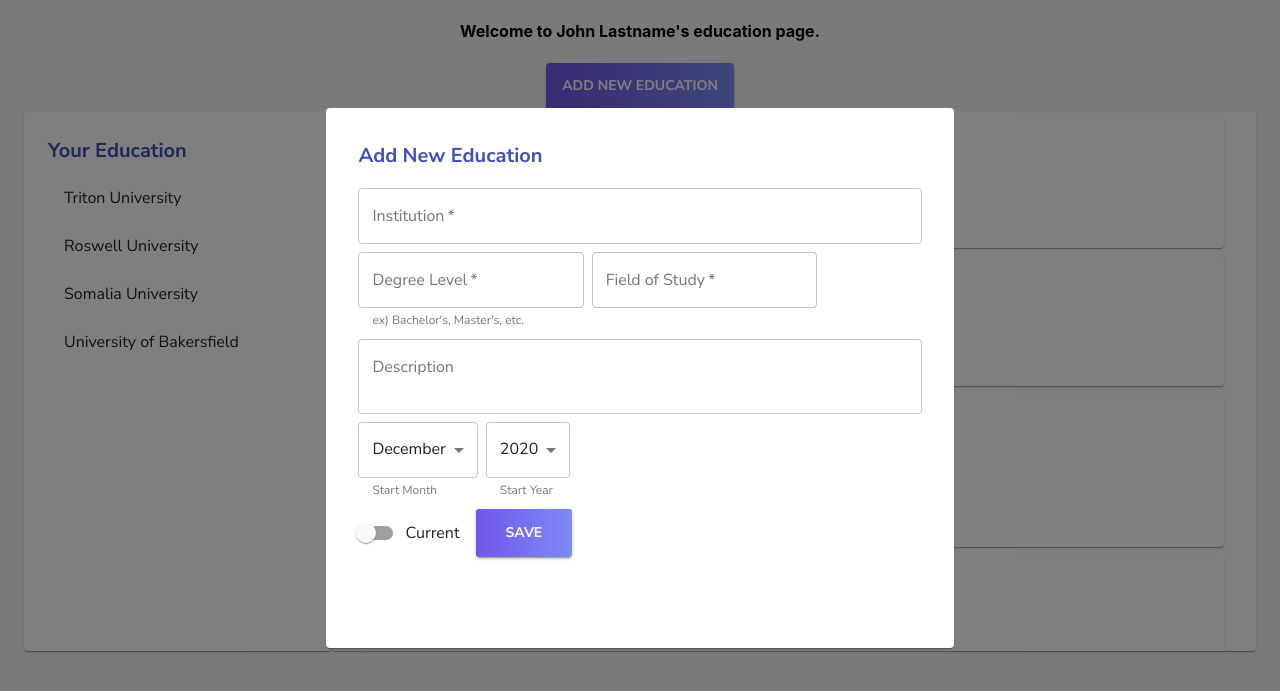
Repository: noellered/Showwcase-React-Challenge
Page: / (app in showwcase-education-react/), after clicking the first element matching `button.MuiButtonBase-root`
An editor plug-in stored every save of this project. The page is shown before and after the next save, followed by the edit.
The browser window is 1280 px wide. The pictures show the whole page.
The page's requests for data from a server got no answer. An inner scrolling area shows only its first screen. The project was rebuilt for these pictures with package versions that can differ from the ones it lists, and the page was loaded fresh each time. No one was signed in, and anything a server would have sent is missing. Also part of the build but not shown: showwcase-education-react/src/components/Home.tsx.

Above is the page before, as saved 2020-12-17 18:00:49.

### showwcase-education-react/public/index.html
<!DOCTYPE html>
<html lang="en">
  <head>
    <meta charset="utf-8" />
    <link rel="icon" href="%PUBLIC_URL%/favicon.ico" />
    <link rel="preconnect" href="https://fonts.gstatic.com">
    <link href="https://fonts.googleapis.com/css2?family=Nunito+Sans:ital,wght@0,400;0,700;1,400&display=swap" rel="stylesheet">


    <meta name="viewport" content="width=device-width, initial-scale=1" />
    <meta name="theme-color" content="#000000" />
    <meta
      name="description"
      content="Web site created using create-react-app"
    />
    <link rel="apple-touch-icon" href="%PUBLIC_URL%/logo192.png" />
    <!--
      manifest.json provides metadata used when your web app is installed on a
      user's mobile device or desktop. See https://developers.google.com/web/fundamentals/web-app-manifest/
    -->
    <link rel="manifest" href="%PUBLIC_URL%/manifest.json" />
    <!--
      Notice the use of %PUBLIC_URL% in the tags above.
      It will be replaced with the URL of the `public` folder during the build.
      Only files inside the `public` folder can be referenced from the HTML.

      Unlike "/favicon.ico" or "favicon.ico", "%PUBLIC_URL%/favicon.ico" will
      work correctly both with client-side routing and a non-root public URL.
      Learn how to configure a non-root public URL by running `npm run build`.
    -->
    <title>React App</title>
  </head>
  <body>
    <noscript>You need to enable JavaScript to run this app.</noscript>
    <div id="root"></div>
    <!--
      This HTML file is a template.
      If you open it directly in the browser, you will see an empty page.

      You can add webfonts, meta tags, or analytics to this file.
      The build step will place the bundled scripts into the <body> tag.

      To begin the development, run `npm start` or `yarn start`.
      To create a production bundle, use `npm run build` or `yarn build`.
    -->
  </body>
</html>

### showwcase-education-react/src/index.css
body {
  margin: 0;
  background: #F5F5F5;
  font-family: -apple-system, BlinkMacSystemFont, 'Segoe UI', 'Roboto', 'Oxygen',
    'Ubuntu', 'Cantarell', 'Fira Sans', 'Droid Sans', 'Helvetica Neue',
    sans-serif;
  -webkit-font-smoothing: antialiased;
  -moz-osx-font-smoothing: grayscale;
}

code {
  font-family: source-code-pro, Menlo, Monaco, Consolas, 'Courier New',
    monospace;
}

### showwcase-education-react/src/App.tsx
import React, {useState} from 'react';
import Home from './components/Home';
import Main from './components/Main';
import { MuiThemeProvider, createMuiTheme } from '@material-ui/core/styles';
import './App.css';

function App() {
  const theme = createMuiTheme({
    typography: {
        fontFamily: [
            'Nunito Sans',
            'sans-serif'
        ].join(','),
        h6: {
          fontWeight: 600
        },
        body1: {
          fontWeight: 400
        },
        subtitle1: {
          fontStyle: 'italic'
        },
        button: {
          fontWeight: 600
        }
    },
  })
  const [name, setName] = useState('John Lastname')

  return (
    <MuiThemeProvider theme={theme}>
      <div className="App">
        { name ? <Main name={name} /> : <Home setName={setName} /> }
      </div>
    </MuiThemeProvider>

  );
}

export default App;

### showwcase-education-react/src/components/Main.tsx
import React, {FunctionComponent, useState} from 'react';
import EducationSidebar from './education/EducationSidebar';
import EducationList from './education/EducationList';
import EducationModalContent from './education/EducationModalContent';
import Modal from '@material-ui/core/Modal';
import Backdrop from '@material-ui/core/Backdrop';
import Fade from '@material-ui/core/Fade';
import Paper from '@material-ui/core/Paper';
import Grid from '@material-ui/core/Grid';
import Container from '@material-ui/core/Container';
import Button from '@material-ui/core/Button';
import { pageStyles } from './pageStyles';

const Main:FunctionComponent<{name: string}> = ({name}) => {
    const classes = pageStyles();
    const [open, setOpen] = useState<boolean>(false);
    const [education, setEducation] = useState<object[]>([
        {
            degree: "MFA.",
            description: "",
            end: {month: 11, year: 2020},
            fieldOfStudy: "Being Cool",
            institution: "Triton University",
            start: {month: 11, year: 2020}
        },
        {
            degree: "M.Sc.",
            description: "",
            end: {month: 11, year: 2020},
            fieldOfStudy: "Biology of Aliens",
            institution: "Roswell University",
            start: {month: 11, year: 2020}
        },
        {
            degree: "B.S.",
            description: "I learned things, and stuff. Then I learned how to be a pirate. Arrrr, matey.",
            end: {month: 11, year: 2020},
            fieldOfStudy: "Pirate Studies",
            institution: "Somalia University",
            start: {month: 11, year: 2020}
        },
        {
            degree: "B.A.",
            description: "",
            end: {month: 11, year: 2020},
            fieldOfStudy: "Home Economics",
            institution: "University of Bakersfield",
            start: {month: 11, year: 2020}
        },
    ]);


    //Modal handlers

    const handleOpen = () => {
        setOpen(true);
    }

    const handleClose = () => {
        setOpen(false);
    }

    const handleEducationUpdate = (newEducation) => {
        setEducation(education => [newEducation, ...education]) //prepend new education item to education list
        handleClose();
    }

    return(
        <Container>
            <h4>Welcome to {name}'s education page.</h4>
            <Button
                className={classes.button}
                variant="contained"
                color="primary"
                type="button"
                onClick={handleOpen}
                >
                Add New Education
            </Button>
            <Grid container className={classes.container}>
                <Grid item xs={12} lg={3}>
                    <Paper className={classes.paper}>
                        <EducationSidebar list={education}/>
                    </Paper>
                </Grid>
                <Grid item xs={12} lg={9}>
                    <Paper className={classes.paper}>
                        <EducationList list={education}/>
                    </Paper>
                </Grid>
            </Grid>
            <Modal
                className={classes.modal}
                aria-labelledby="add-education"
                aria-describedby="add-education-modal"
                open={open}
                onClose={handleClose}
                closeAfterTransition
                BackdropComponent={Backdrop}
                BackdropProps={{
                timeout: 300,
                }}>
                <Fade in={open}>
                    <Paper className={`${classes.modal} ${classes.paper}`}>
                        <EducationModalContent handleUpdate={handleEducationUpdate}/>
                    </Paper>
                </Fade>
            </Modal>
        </Container>
    )
}

export default Main;

### showwcase-education-react/src/components/pageStyles.tsx
import { makeStyles } from '@material-ui/core/styles';

export const pageStyles = makeStyles({
    modal: {
        maxWidth: '70%',
        margin: 'auto',
        height: '70vh'
    },
    button: {
        backgroundImage: 'linear-gradient(90deg, rgba(114,86,231,1) 0%, rgba(123,139,245,1) 100%)',
        borderColor: '#0063cc',
        borderRadius: 3,
        color: 'white',
        height: 48,
        padding: '0 30px',
        '&:hover': {
            backgroundImage: 'linear-gradient(90deg, rgba(81,53,196,1) 0%, rgba(91,110,238,1) 100%)',
            borderColor: '#0062cc',
          },
    },
    container: {
        display: 'flex',
        justifyContent: 'space-between'
    },
    paper: {
        height: '75vh',
        overflow: 'auto',
        "&:focus": {
            outline: "none"
          }
    },
    sideBar: {
        marginRight: '2rem',
    }
})

### showwcase-education-react/src/components/education/EducationSidebar.tsx
import React, { FunctionComponent } from 'react';
import List from '@material-ui/core/List';
import ListItem from '@material-ui/core/ListItem';
import ListItemText from '@material-ui/core/ListItemText';
import Typography from '@material-ui/core/Typography';
import { useStyles } from './styles'

const EducationSidebar:FunctionComponent<{list: object[]}> = ({ list }) => {
    const classes = useStyles();
    return(
        <List className={classes.list}>
            <Typography variant="h6" color="primary" align="justify" gutterBottom>Your Education</Typography>
            { list.length > 0 ? list.map((item) =>
            <div>
                <ListItem className={classes.listItem} button>
                    <ListItemText >{item['institution']}</ListItemText>
                </ListItem>
            </div>
            )
            : <div>No education to display</div> }
        </List>
    )
}
export default EducationSidebar;

### showwcase-education-react/src/components/education/EducationList.tsx
import React, { FunctionComponent } from 'react';
import Card from '@material-ui/core/Card';
import { useStyles } from './styles';
import Typography from '@material-ui/core/Typography';
import Container from '@material-ui/core/Container';

const EducationList:FunctionComponent<{list: object[]}> = ({ list }) => {
    const classes = useStyles();
    return(
        <Container>
            { list.length > 0 ? list.map((item) =>
            <Card className={classes.educationCard}>
                <Typography align="justify" variant="h6" color="textPrimary">
                    {item['degree']} {item['fieldOfStudy']} @ {item['institution']}
                </Typography>
                <Typography variant="subtitle1" align="justify" color="textSecondary" gutterBottom>
                January {item['start']['year']} - December {item['end']['year']}
                </Typography>
                <Typography variant="body1" align="justify">
                    {item['description']}
                </Typography>
            </Card>) : <div>Nothing to display</div> }
        </Container>
    )
}
export default EducationList;

### showwcase-education-react/src/components/education/EducationModalContent.tsx
import React, { FunctionComponent, useEffect, useState } from 'react';
import Autocomplete, { AutocompleteRenderGroupParams } from '@material-ui/lab/Autocomplete';
import TextField from '@material-ui/core/TextField';
import Button from '@material-ui/core/Button';
import ListSubheader from '@material-ui/core/ListSubheader';
import { useTheme } from '@material-ui/core/styles';
import useMediaQuery from '@material-ui/core/useMediaQuery';
import Typography from '@material-ui/core/Typography';
import { VariableSizeList, ListChildComponentProps } from 'react-window';
import MonthPicker from '../pickers/MonthPicker';
import YearPicker from '../pickers/YearPicker';
import { useStyles } from './styles';
import Switch from '@material-ui/core/Switch';
import FormControlLabel from '@material-ui/core/FormControlLabel';


//Virtualize institution list for more efficient rendering performance

const LISTBOX_PADDING = 8; // px

function renderRow(props: ListChildComponentProps) {
  const { data, index, style } = props;
  return React.cloneElement(data[index], {
    style: {
      ...style,
      top: (style.top as number) + LISTBOX_PADDING,
    },
  });
}

const OuterElementContext = React.createContext({});

const OuterElementType = React.forwardRef<HTMLDivElement>((props, ref) => {
  const outerProps = React.useContext(OuterElementContext);
  return <div ref={ref} {...props} {...outerProps} />;
});

function useResetCache(data: any) {
    const ref = React.useRef<VariableSizeList>(null);
    React.useEffect(() => {
      if (ref.current != null) {
        ref.current.resetAfterIndex(0, true);
      }
    }, [data]);
    return ref;
  }


  // React-window adapter
  const ListboxComponent = React.forwardRef<HTMLDivElement>(function ListboxComponent(props, ref) {
    const { children, ...other } = props;
    const theme = useTheme();
    const itemData = React.Children.toArray(children);
    const smUp = useMediaQuery(theme.breakpoints.up('sm'), { noSsr: true });
    const itemCount = itemData.length;
    const itemSize = smUp ? 36 : 48;

    const getChildSize = (child: React.ReactNode) => {
      if (React.isValidElement(child) && child.type === ListSubheader) {
        return 48;
      }

      return itemSize;
    };

    const getHeight = () => {
      if (itemCount > 8) {
        return 8 * itemSize;
      }
      return itemData.map(getChildSize).reduce((a, b) => a + b, 0);
    };

    const gridRef = useResetCache(itemCount);

    return (
      <div ref={ref}>
        <OuterElementContext.Provider value={other}>
          <VariableSizeList
            itemData={itemData}
            height={getHeight() + 2 * LISTBOX_PADDING}
            width="100%"
            ref={gridRef}
            outerElementType={OuterElementType}
            innerElementType="ul"
            itemSize={(index) => getChildSize(itemData[index])}
            overscanCount={5}
            itemCount={itemCount}
          >
            {renderRow}
          </VariableSizeList>
        </OuterElementContext.Provider>
      </div>
    );
  });



//Add Education Modal Content
const EducationModalContent:FunctionComponent<{handleUpdate: any}>= ({ handleUpdate }) => {
    const classes = useStyles();
    const [institutionList, setInstitutionList] = useState<string[]>([]);
    const [institution, setInstitution] = useState<string>('');
    const [degree, setDegree] = useState<string>('');
    const [description, setDescription] = useState<string>('');
    const [fieldOfStudy, setFieldOfStudy] = useState<string>('');
    const [current, setCurrent] = useState<boolean>(false)
    const [start, setStart] = useState<{month: number, year: number}>({
        month: new Date().getMonth(),
        year: new Date().getFullYear()
    });
    const [end, setEnd] = useState({
        month: new Date().getMonth(),
        year: new Date().getFullYear()
    });



    const getInstitutions = () => {
        fetch(`http://universities.hipolabs.com/search`)
        .then((res: any) => res.json()
        .then((JSON) => setInstitutionList(JSON.map((item)=>item['name']))));
    }

    // Get institutions list on component mount
    useEffect( () => {
        getInstitutions()
    }, []);

    //Render group for visualized autocomplete component
    const renderGroup = (params: AutocompleteRenderGroupParams) => [
        <ListSubheader key={params.key} component="div">
          {params.group}
        </ListSubheader>,
        params.children,
    ];

    //Handle form submit
    const handleSubmit = (e: any) => {
        e.preventDefault();
        const newEducation = { institution, fieldOfStudy, degree, start, end, description, current }
        return handleUpdate(newEducation);
    }

    //Handle institution change for autocomplete component
    const handleInputChange = (e: React.ChangeEvent<{}>, value: string) => {
        setInstitution(value)
    }

    const handleSwitch = (e: React.ChangeEvent<HTMLInputElement>) => {
      setCurrent(e.target.checked);
    }



    return(
        <div className={classes.modalContent}>
            <Typography variant="h6" color="primary">Add New Education</Typography>
            <form onSubmit={handleSubmit}>
                <Autocomplete
                id="institutions-list"
                options={institutionList}
                freeSolo
                renderGroup={renderGroup}
                renderInput={(params)=>(
                    <TextField {...params} label="Institution" margin="normal" variant="outlined" required/>
                )}
                renderOption={(option) => <p>{option}</p>}
                ListboxComponent={ListboxComponent as React.ComponentType<React.HTMLAttributes<HTMLElement>>}
                disableListWrap
                autoSelect={true}
                onInputChange={handleInputChange}
                />
                <div className={classes.inputGroup}>
                  <TextField className={`${classes.input} ${classes.mr}`} label="Degree Level" helperText="ex) Bachelor's, Master's, etc." variant="outlined" onChange={(e)=> setDegree(e.target.value)} required/>
                  <TextField className={classes.input} label="Field of Study" variant="outlined" onChange={(e)=> setFieldOfStudy(e.target.value)} required/>
                </div>
                <TextField className={classes.input} multiline fullWidth rows={2} variant="outlined" label="Description" onChange={(e)=> setDescription(e.target.value)}/>
                <div className={classes.inputGroup}>
                    <MonthPicker className={`${classes.input} ${classes.mr}`} label="Start Month" id="startMonth" onChange={(e)=> setStart({...start, month: e.target.value})}/>
                    <YearPicker className={`${classes.input} ${classes.mr}`} label="Start Year" id="startYear" onChange={(e)=> setStart({...start, year: e.target.value})}/>

                </div>
                <div className={classes.inputGroup}>
                </div>
                <FormControlLabel
                      control={<Switch checked={current} onChange={handleSwitch} name="current" color="secondary"/>}
                      label="Current"
                />
                <Button variant="contained" className={classes.button} color="primary" type="submit" >Save</Button>
            </form>
        </div>
    )
}
export default EducationModalContent;

### showwcase-education-react/src/components/education/styles.tsx
import { makeStyles } from '@material-ui/core/styles';

export const useStyles = makeStyles({
    button: {
        backgroundImage: 'linear-gradient(90deg, rgba(114,86,231,1) 0%, rgba(123,139,245,1) 100%)',
        borderColor: '#0063cc',
        borderRadius: 3,
        color: 'white',
        height: 48,
        padding: '0 30px',
        '&:hover': {
            backgroundImage: 'linear-gradient(90deg, rgba(81,53,196,1) 0%, rgba(91,110,238,1) 100%)',
            borderColor: '#0062cc',
          },
    },
    educationCard: {
        padding: '2rem',
        margin: '.5rem'
    },
    list: {
        padding: '1.5rem',
    },

    modalContent: {
        padding: '2rem',
    },
    listItem: {
        '&:active': {
            fontWeight: 600,
        }
    },
    input: {
        minWidth: '40%',
        marginBottom: '.5rem'
    },
    inputGroup: {
        display: 'flex',
        flexDirection: 'row',
        minWidth: '100%'
    },
    mr: {
        marginRight: '.5rem'
    }
})

### showwcase-education-react/src/components/pickers/MonthPicker.tsx
import React, { FunctionComponent, useState } from 'react';
import InputLabel from '@material-ui/core/InputLabel';
import MenuItem from '@material-ui/core/MenuItem';
import FormControl from '@material-ui/core/FormControl';
import TextField from '@material-ui/core/TextField';

interface MonthPickerProps {
    label?: string;
    id?: string;
    onChange?: any;
    className?: string;
}

const months = [
    { id: 0, name: 'January' },
    { id: 1, name: 'February' },
    { id: 2, name: 'March' },
    { id: 3, name: 'April' },
    { id: 4, name: 'May' },
    { id: 5, name: 'June' },
    { id: 6, name: 'July' },
    { id: 7, name: 'August' },
    { id: 8, name: 'September' },
    { id: 9, name: 'October' },
    { id: 10, name: 'November' },
    { id: 11, name: 'December' },
];

const MonthPicker:FunctionComponent<MonthPickerProps> = ({ label, id, className }) => {
    const [month, setMonth] = useState(new Date().getMonth())

   const handleChange = (e: any) => {
        e.preventDefault();
        setMonth(e.target.value);
   }

    return (
        <div>
            <FormControl>
                <TextField select helperText={label} id={id} value={month} onChange={handleChange} className={className} variant="outlined" required>
                { months.map((month) => <MenuItem value={month.id}>{month.name}</MenuItem>)}
                </TextField>
            </FormControl>
        </div>
    )
}

export default MonthPicker;

### showwcase-education-react/src/components/pickers/YearPicker.tsx
import React, { FunctionComponent, useState } from 'react';
import MenuItem from '@material-ui/core/MenuItem';
import FormControl from '@material-ui/core/FormControl';
import TextField from '@material-ui/core/TextField';

interface YearPickerProps {
    label?: string;
    id?: string;
    onChange?: any;
    className?: string;
}

const years:number[] = []

//Create year list
for(let y = (new Date().getFullYear() + 10); y >= 1950; y--){
    years.push(y)
}

const YearPicker:FunctionComponent<YearPickerProps> = React.memo(({ label, id, className }) => {
    const [year, setYear] = useState(new Date().getFullYear())

   const handleChange = (e: any) => {
        e.preventDefault();
        setYear(e.target.value);
   }

    return (
        <div>
            <FormControl>
                <TextField select  helperText={label} id={id} value={year} onChange={handleChange} className={className} variant="outlined" required>
                { years.map((year) => <MenuItem value={year}>{year}</MenuItem>)}
                </TextField>
            </FormControl>
        </div>
    )
})

export default YearPicker;

Loaded but not shown: showwcase-education-react/src/index.tsx (common file); showwcase-education-react/src/reportWebVitals.ts (common file); showwcase-education-react/src/App.css (common file)

After the next save:
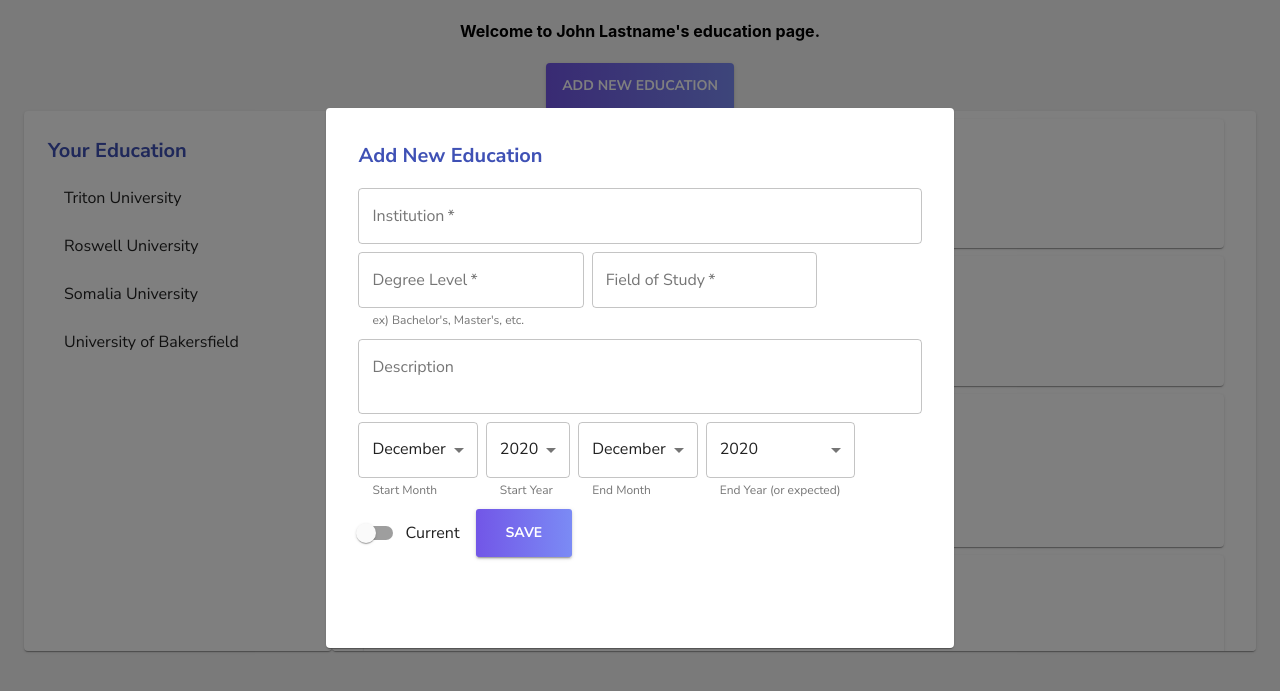
Saved 4 s later.
--- a/showwcase-education-react/src/components/education/EducationModalContent.tsx
+++ b/showwcase-education-react/src/components/education/EducationModalContent.tsx
@@ -178,6 +178,8 @@ const EducationModalContent:FunctionComponent<{handleUpdate: any}>= ({ handleUpd
                 <div className={classes.inputGroup}>
                     <MonthPicker className={`${classes.input} ${classes.mr}`} label="Start Month" id="startMonth" onChange={(e)=> setStart({...start, month: e.target.value})}/>
                     <YearPicker className={`${classes.input} ${classes.mr}`} label="Start Year" id="startYear" onChange={(e)=> setStart({...start, year: e.target.value})}/>
+                    <MonthPicker className={`${classes.input} ${classes.mr}`} label="End Month" id="endMonth" onChange={(e)=> setEnd({...end, month: e.target.value})}/>
+                    <YearPicker className={`${classes.input} ${classes.mr}`} label="End Year (or expected)" id="endYear" onChange={(e)=> setEnd({...end, year: e.target.value})}/>
 
                 </div>
                 <div className={classes.inputGroup}>
